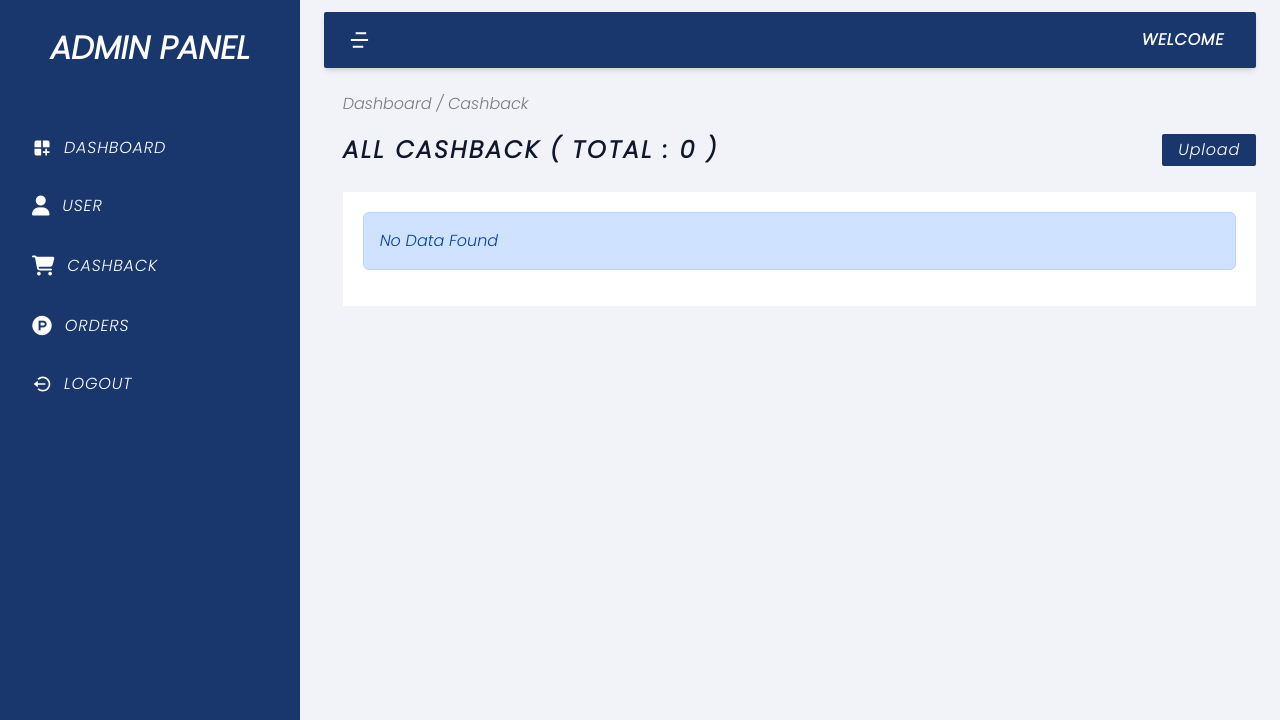
Repository: FlyweisReact/Ankit-Pandey-Admin-Panel
Page: /Customer
An editor plug-in stored every save of this project. The page is shown before and after the next save, followed by the edit.
The browser window is 1280 px wide. The pictures show the whole page.
The page's requests for data from a server got no answer. Some web libraries are served in a nearby version. The project was rebuilt for these pictures with package versions that can differ from the ones it lists, and the page was loaded fresh each time. No one was signed in, and anything a server would have sent is missing. Also part of the build but not shown: src/E-CommerceAdmin/pages/EAdmin.js. Imported but missing from the stored project, and not drawn on this page: src/E-CommerceAdmin/forms/Login, src/E-CommerceAdmin/pages/Dashboard, src/E-CommerceAdmin/pages/EAdminOrders.

Above is the page before, as saved 2023-06-16 15:08:23.

### public/index.html
<!-- @format -->

<!DOCTYPE html>
<html lang="en">
  <head>
    <meta charset="utf-8" />
    <meta name="viewport" content="width=device-width, initial-scale=1" />
    <meta name="theme-color" content="#000000" />
    <meta
      name="description"
      content="Web site created using create-react-app"
    />
    <link rel="icon" href="%PUBLIC_URL%/favicon.png" />
    <link rel="manifest" href="%PUBLIC_URL%/manifest.json" />
    <link rel="preconnect" href="https://fonts.googleapis.com">
<link rel="preconnect" href="https://fonts.gstatic.com" crossorigin>
<link href="https://fonts.googleapis.com/css2?family=Roboto+Mono:ital,wght@1,300&display=swap" rel="stylesheet">
    <title>Logo Fx</title>
  </head>
  <body>
    <noscript>You need to enable JavaScript to run this app.</noscript>
    <div id="root"></div>
    <script src="https://code.jquery.com/jquery-3.6.0.min.js"></script>
    <script src="https://kit.fontawesome.com/b533b351e4.js" crossorigin="anonymous"></script>
  </body>
</html>

### src/index.js
import React from "react";
import ReactDOM from "react-dom/client";
import "./index.css";
import App from "./App";
import { BrowserRouter } from "react-router-dom";
import 'bootstrap/dist/css/bootstrap.min.css'

const root = ReactDOM.createRoot(document.getElementById("root"));
root.render(
  <React.StrictMode>
    <BrowserRouter>
      <App />
    </BrowserRouter>
  </React.StrictMode>
);

### src/index.css
/** @format */

@tailwind base;
@tailwind components;
@tailwind utilities;

@import url("https://fonts.googleapis.com/css2?family=Roboto+Mono:ital,wght@1,300&display=swap");
@font-face {
  font-family: Roboto;
  src: url("./Fonts/Poppins-LightItalic.ttf");
}

body {
  margin: 0;
  font-family: Roboto !important;
  -webkit-font-smoothing: antialiased;
  -moz-osx-font-smoothing: grayscale;
}

code {
  font-family: Roboto !important;
}

html {
  font-family: Roboto !important;
}

::-webkit-scrollbar {
  width: 10px;
}
.fa-trash {
  color: red;
  cursor: pointer;
}

.iCOn {
  transition: 0.5s;
  box-shadow: none;
  transform: scale(1);
}
.cardDiv {
  cursor: pointer;
}

.cardDiv:hover .iCOn {
  box-shadow: rgba(0, 0, 0, 0.35) 0px 5px 15px;
  transform: scale(1.3);
}

/* Track */
::-webkit-scrollbar-track {
  background: #f1f1f1;
}

/* Handle */
::-webkit-scrollbar-thumb {
  background: #888;
}

/* Handle on hover */
::-webkit-scrollbar-thumb:hover {
  background: #555;
}
.profileImage {
  width: 100px;
}
.fa-eye {
  color: #029aff;
  cursor: pointer;
}
.fa-edit {
  cursor: pointer;
  color: blue;
}

.View {
  border: 1px solid black;
  width: 100%;
  padding: 10px;
}

.main-card--container {
  display: grid;
  grid-template-columns: repeat(3, minmax(300px, 500px));
  grid-gap: 50px;
  justify-content: space-around;
}
.card-container {
  margin: 25px 0 auto;
  box-shadow: rgba(0, 0, 0, 0.35) 0px 5px 15px;
  position: relative;
  display: grid;
  grid-template-columns: 1fr;
  justify-content: space-around;
  align-items: flex-start;
}

.myEdit:focus {
  box-shadow: rgba(0, 0, 0, 0.35) 0px 5px 15px;
}

.AstroLogin {
  color: #fff;
  background-color: #2b7a8e;
  padding: 10px;
  width: 380px;
  text-align: center;
  font-size: 20px;
  background: linear-gradient(to left, #2b7a8e 50%, #fff 50%) right;
  background-size: 200%;
  transition: 0.5s ease-out;
  border: 1px solid #2b7a8e;
  margin-top: 10px;
  text-transform: uppercase;
}
.AstroLogin:hover {
  background-position: left;
  color: #2b7a8e;
}

.EcommerceAdminLogin {
  color: #fff;
  background-color: #19376d;
  padding: 10px;
  width: 380px;
  text-align: center;
  font-size: 20px;
  background: linear-gradient(to left, #19376d 50%, #fff 50%) right;
  background-size: 200%;
  transition: 0.5s ease-out;
  border: 1px solid #19376d;
  margin-top: 10px;
  text-transform: uppercase;
}

.EcommerceAdminLogin:hover {
  background-position: left;
  color: #19376d;
}
.EcommerceVendorLogin {
  color: #fff;
  background-color: #576cbc;
  padding: 10px;
  width: 380px;
  text-align: center;
  font-size: 20px;
  background: linear-gradient(to left, #576cbc 50%, #fff 50%) right;
  background-size: 200%;
  transition: 0.5s ease-out;
  border: 1px solid #576cbc;
  margin-top: 10px;
  text-transform: uppercase;
}

.EcommerceVendorLogin:hover {
  background-position: left;
  color: #576cbc;
}

.view {
  background-color: #2196f3;
  color: #fff;
  width: 50%;
  padding: 5px;
}

.two-sec {
  display: flex;
  justify-content: space-evenly;
  justify-content: space-evenly;
}
.two-sec .left {
  width: 60%;
  background-color: #f6f1ef;
  padding: 20px;
}
.two-sec .left .head {
  font-size: 25px;
  font-weight: bold;
}

.two-sec .right {
  width: 30%;
  background-color: #f6f1ef;
}

.searchDiv {
  width: 100%;
  display: flex;
  gap: 10px;
  border: 1px solid rgb(179, 179, 179);
  padding: 10px;
  margin-bottom: 20px;
  align-items: center;
}
.searchDiv input {
  width: 94%;
  outline: none;
  border: none;
}

.flexCont {
  display: flex;
  align-items: center;
  gap: 10px;
}
.flexCont img {
  width: 60px;
  background-color: #e9ecef;
}

.blockContent {
  display: block;
}
.blockContent p {
  margin: 0;
}

.checkBox {
  width: 50px;
  height: 25px;
  background-color: #e9ecef;
  border-radius: 50px;
  position: relative;
  cursor: pointer;
}
.checkBox span {
  width: 20px;
  height: 20px;
  border-radius: 100%;
  background-color: #fff;
  position: absolute;
  left: 5px;
  top: 2px;
}
.ActivecheckBox {
  width: 50px;
  height: 25px;
  background-color: #0d6efd;
  border-radius: 50px;
  position: relative;
  cursor: pointer;
}
.ActivecheckBox span {
  width: 20px;
  height: 20px;
  border-radius: 100%;
  background-color: #fff;
  position: absolute;
  right: 5px;
  top: 2px;
}

.fa-eye {
  color: #0cba73;
  background-color: #d6f8e8;
  width: 40px;
  text-align: center;
  height: 40px;
  display: flex;
  border-radius: 100%;
  justify-content: center;
  padding-top: 10px;
  transition: 0.5s;
}

.fa-pen-to-square {
  color: #f4c39c;
  background-color: #ffebdb;
  width: 40px;
  text-align: center;
  height: 40px;
  display: flex;
  border-radius: 100%;
  justify-content: center;
  padding-top: 10px;
  cursor: pointer;
  transition: 0.5s;
}
.fa-trash {
  color: #df939f;
  background-color: #ffe1e8;
  width: 40px;
  text-align: center;
  height: 40px;
  display: flex;
  border-radius: 100%;
  justify-content: center;
  padding-top: 10px;
  cursor: pointer;
  transition: 0.5s;
}
.fa-trash:hover {
  transform: scale(1.2);
}
.fa-eye:hover {
  transform: scale(1.2);
}
.fa-pen-to-square:hover {
  transform: scale(1.2);
}
.required {
  color: #e74260;
}

.headP {
  margin-left: 2%;
  color: #7b7c7d;
}
.filterBox {
  display: flex;
  align-items: center;
  gap: 10px;
  border-bottom: 1px solid #d4d7dc;
  padding-bottom: 20px;
  margin-bottom: 20px;
}
.filterBox img {
  width: 30px;
}
.filterBox input {
  width: 100%;
  border: 1px solid #d4d7dc;
  outline: none;
  padding: 5px;
  color: black;
}
.sectionCont {
  width: 98%;
  background-color: #fff;
  margin-left: 2%;
  padding: 20px;
}

.overFlowCont {
  width: 100%;
  overflow-x: auto;
}

.logo {
  width: 300px;
  margin-bottom: 20px;
}

.updateProfile {
  margin-left: 20px;
  border: 1px solid #fff;
  border-radius: 100%;
  font-size: 1.2rem;
  padding: 10px;
  transition: 0.5s;
  cursor: pointer;
}
.updateProfile:hover {
  border: 1px solid #19376d;
  color: #19376d;
  background-color: #fff;
}

.Normalbtn {
  background-color: #19376d !important;
  border: 1px solid #19376d !important;
  border-radius: 0px !important;
}

.ImageCarousel {
  width: 150px !important;
  margin: 0px !important;
  height: 150px !important;
}
.CarouselImages {
  width: 150px !important;
  height: 150px !important;
}
.CarouselImages img {
  width: 100% !important;
  height: 100% !important;
}

.ModalCarousel {
  width: 100% !important;
  height: 500px !important;
}
.ModalCarousel {
  width: 100% !important;
  height: 500px !important;
}
.ModalCarousel img {
  width: 100% !important;
  height: 500px !important;
}

.gridCont {
  display: grid;
  grid-template-columns: auto auto auto;
  justify-content: space-evenly;
}
.gridCont div {
  width: 400px;
  height: 300px;
  box-shadow: rgba(0, 0, 0, 0.35) 0px 5px 15px;
  padding: 10px;
  position: relative;
  margin-top: 20px;
}
.gridCont div img {
  width: 100%;
}
.delete-Btn {
  width: 90%;
  margin-left: 2%;
  color: #c44b3f;
  border: 1px solid #c44b3f;
  position: absolute;
  bottom: 10px;
  transition: 0.5s;
  padding: 10px;
}

.delete-Btn:hover {
  background-color: #c44b3f;
  color: #fff;
}

.BannerCarousel {
  width: 300px;
  margin: 0px !important;
}
.BannerCarouselImage {
  width: 300px;
}
.BannerCarouselImage img {
  width: 100%;
}

.pagination {
  display: flex;
  justify-content: center;
  align-items: center;
  gap: 10px;
  margin-bottom: 20px;
}
.pagination button {
  border: 1px solid black;
  padding: 10px;
}

.activePage {
  background-color: #19376d;
  color: #fff;
  border: 1px solid #19376d !important;
}

.active {
  background-color: #fff;
  color: #19376d !important;
}
.prevBtn {
  background-color: #fff;
  color: #19376d;
  border: 1px solid #19376d !important;
  transition: 0.5s;
}

.prevBtn:hover,
.prevBtn:focus,
.prevBtn:active {
  background-color: #19376d;
  color: #fff;
  border: 1px solid #19376d !important;
}
.nextBtn {
  background-color: #fff;
  color: #19376d;
  border: 1px solid #19376d !important;
  transition: 0.5s;
}

.nextBtn:hover,
.nextBtn:focus,
.nextBtn:active {
  background-color: #19376d;
  color: #fff;
  border: 1px solid #19376d !important;
}

.dangerBox {
  position: relative;
}
.dangerBox i {
  position: absolute;
  top: 50%;
  left: 90%;
  transform: translate(-50%, -50%);
  cursor: pointer;
}

### src/App.js
/** @format */

import { Routes, Route } from "react-router-dom";
import { ToastContainer } from "react-toastify";
import "react-toastify/dist/ReactToastify.css";
import Login from "./E-CommerceAdmin/forms/Login";
import Dashboard from "./E-CommerceAdmin/pages/Dashboard";
import EAdminOrders from "./E-CommerceAdmin/pages/EAdminOrders";
import EAdminCustomer from "./E-CommerceAdmin/pages/EAdminCustomer";
import EAdmin from "./E-CommerceAdmin/pages/EAdmin";
function App() {
  return (
    <>
      <ToastContainer />

      <Routes>
        <Route path="/" element={<Login />} />
        <Route path="/Customer" element={<EAdminCustomer />} />
        <Route path="/dashboard" element={<Dashboard />} />
        <Route path="/Admin" element={<EAdmin />} />
        <Route path="/Orders" element={<EAdminOrders />} />


      </Routes>
    </>
  );
}

export default App;

### src/E-CommerceAdmin/pages/EAdminCustomer.js
/** @format */

import axios from "axios";
import React, { useEffect, useState } from "react";
import { Alert, Table } from "react-bootstrap";
import { toast } from "react-toastify";
import HOC from "../layout/HOC";

const EAdminCustomer = () => {
  const [data, setData] = useState([]);

  // Pagination and Filter
  const [query, setQuery] = useState("");
  const [currentPage2, setCurrentPage2] = useState(1);
  const [postPerPage2] = useState(10);
  const lastPostIndex2 = currentPage2 * postPerPage2;
  const firstPostIndex2 = lastPostIndex2 - postPerPage2;

  let pages2 = [];

  const TotolData = query
    ? data?.filter((i) =>
        i?.userId?.toLowerCase().includes(query?.toLowerCase())
      )
    : data;

  useEffect(() => {
    if (query) {
      setCurrentPage2(1);
    }
  }, [query]);

  const slicedData = TotolData?.slice(firstPostIndex2, lastPostIndex2);

  for (let i = 1; i <= Math.ceil(TotolData?.length / postPerPage2); i++) {
    pages2.push(i);
  }

  function Next() {
    setCurrentPage2(currentPage2 + 1);
  }

  function Prev() {
    if (currentPage2 !== 1) {
      setCurrentPage2(currentPage2 - 1);
    }
  }

  const fetchData = async () => {
    try {
      const { data } = await axios.get(
        "http://localhost:3040/api/v1/profile/getallCashBack"
      );
      setData(data.result);
    } catch (e) {
      console.log(e);
    }
  };

  useEffect(() => {
    fetchData();
  }, []);

  const deleteHandler = async (id) => {
    try {
      const { data } = await axios.delete(
        `http://ec2-65-1-248-95.ap-south-1.compute.amazonaws.com:8886/api/user/${id}`
      );
      toast.success(data.message);
      fetchData();
    } catch (e) {
      console.log(e);
    }
  };

  return (
    <>
      <p className="headP">Dashboard / Cashback</p>
      <div
        className="pb-4 sticky top-0  w-full flex justify-between items-center"
        style={{ width: "98%", marginLeft: "2%" }}
      >
        <span
          className="tracking-widest text-slate-900 font-semibold uppercase "
          style={{ fontSize: "1.5rem" }}
        >
          All Cashback ( Total : {data?.length} )
        </span>

        <button className="md:py-2 px-3 md:px-4 py-1 rounded-sm bg-[#19376d] text-white tracking-wider">
          Upload
        </button>
      </div>

      <section className="sectionCont">
        {data?.length === 0 || !data ? (
          <Alert>No Data Found</Alert>
        ) : (
          <>
            <div className="filterBox">
              <img
                src="https://t4.ftcdn.net/jpg/01/41/97/61/360_F_141976137_kQrdYIvfn3e0RT1EWbZOmQciOKLMgCwG.jpg"
                alt=""
              />
              <input
                type="search"
                placeholder="Start typing to search for Customers"
                onChange={(e) => setQuery(e.target.value)}
              />
            </div>

            <div className="overFlowCont">
              <Table>
                <thead>
                  <tr>
                    <th>SNo.</th>
                    <th>User Id</th>
                    <th>Cashback</th>
                    <th>Options</th>
                  </tr>
                </thead>
                <tbody>
                  {slicedData?.map((i, index) => (
                    <tr key={index}>
                      <td>#{index + 1} </td>
                      <td> {i.userId} </td>
                      <td>
                        {" "}
                        <i className="fa-solid fa-indian-rupee-sign"></i>{" "}
                        {i.cash}{" "}
                      </td>

                      <td>
                        <i
                          className="fa-solid fa-trash"
                          onClick={() => deleteHandler(i._id)}
                        />
                      </td>
                    </tr>
                  ))}
                </tbody>
              </Table>{" "}
              <div className="pagination">
                <button onClick={() => Prev()} className="prevBtn">
                  <i className="fa-solid fa-backward"></i>
                </button>
                {currentPage2 === 1 ? (
                  ""
                ) : (
                  <button onClick={() => setCurrentPage2(1)}>1</button>
                )}

                {pages2
                  ?.slice(currentPage2 - 1, currentPage2 + 3)
                  .map((i, index) =>
                    i === pages2?.length ? (
                      ""
                    ) : (
                      <button
                        key={index}
                        onClick={() => setCurrentPage2(i)}
                        className={currentPage2 === i ? "activePage" : ""}
                      >
                        {" "}
                        {i}{" "}
                      </button>
                    )
                  )}

                <button
                  onClick={() => setCurrentPage2(pages2?.length)}
                  className={
                    currentPage2 === pages2?.length ? "activePage" : ""
                  }
                >
                  {" "}
                  {pages2?.length}{" "}
                </button>

                {currentPage2 === pages2?.length ? (
                  ""
                ) : (
                  <button onClick={() => Next()} className="nextBtn">
                    {" "}
                    <i className="fa-sharp fa-solid fa-forward"></i>
                  </button>
                )}
              </div>
            </div>
          </>
        )}
      </section>
    </>
  );
};

export default HOC(EAdminCustomer);

### src/Screen/layout/HOC.jsx
/** @format */

import React, { useState } from "react";
import Navbar from "./Navbar";
import Sidebar from "./Sidebar";

const HOC = (Wcomponenet) => {
  return function Component() {
    const [hamb, setHamb] = useState(false);
    return (
      <>
        <section
          className="flex overflow-x-hidden relative "
          style={{ backgroundColor: "#f2f3f8" }}
        >
          {/* Sidebar */}
          <div
            className={
              hamb
                ? " absolute top-0 z-30 md:w-auto shadow-md bg-slate-200  w-60 transition-all md:-left-full left duration-150  h-auto overflow-y-auto  left-0 "
                : " md:w-72 z-30 bg-slate-200  shadow-md  md:static absolute top-0 -left-full   transition-all duration-150  overflow-y-auto h-auto"
            }
            style={{ minWidth: "300px" }}
          >
            <Sidebar hamb={hamb} setHamb={setHamb} />
          </div>
          {/* Components & Navbar */}
          <div
            className={
              hamb
                ? " transition-all px-4 py-2  duration-150 w-full h-screen"
                : " w-full h-screen  px-4 py-2   z-50 transition-all duration-150 "
            }
            style={{ backgroundColor: "#f2f3f8" }}
          >
            <Navbar hamb={hamb} setHamb={setHamb} />
            <div className="my-6 text-#000 h-[87%] wcomp overflow-y-auto">
              {" "}
              <Wcomponenet />
            </div>
          </div>
        </section>
      </>
    );
  };
};

export default HOC;

### src/Screen/layout/Navbar.jsx
/** @format */

import { RiMenu4Line } from "react-icons/ri";

const Navbar = ({ hamb, setHamb }) => {
  const AdminName = localStorage.getItem("AdminName")
  return (
    <>
      <div
        className={
          hamb
            ? "flex  w-full justify-between  my-1 rounded-sm  p-4 py-3 shadow-md items-center  bg-slate-200 space-x-4"
            : "flex  w-full justify-between my-1 rounded-sm  p-4 py-3 shadow-md items-center  bg-slate-200 space-x-4"
        }
        style={{ backgroundColor: "#19376d" }}
      >
        <RiMenu4Line
          onClick={() => setHamb(!hamb)}
          className="text-2xl font-bold text-gray-900 hover:scale-90 cursor-pointer"
          style={{ color: "#fff" }}
        />

        <section className="flex sm:ml-auto justify-end sm:w-full items-center space-x-2  pr-2">
          <figcaption className="tracking-wider pl-1 font-semibold">
            <div
              className="lg:text-base text-sm text-gray-900  uppercase"
              style={{ color: "#fff" }}
            >
              Welcome {AdminName}
            </div>
          </figcaption>
        </section>
      </div>
    </>
  );
};

export default Navbar;

### src/Screen/layout/Sidebar.jsx
/** @format */

import React from "react";
import { RiCloseLine } from "react-icons/ri";
import { Link, useNavigate } from "react-router-dom";
import { BiLogOutCircle } from "react-icons/bi";
import { MdDashboardCustomize } from "react-icons/md";

const Sidebar = ({ hamb, setHamb }) => {
  const navigate = useNavigate();

  const nav = [
    {
      icon: <MdDashboardCustomize className="text-xl mr-3 rounded-full " />,
      link: "/dashboard ",
      name: "Dashboard",
    },
    {
      icon: <i className="fa-solid fa-user text-xl mr-3 rounded-full"></i>,
      link: "/Admin",
      name: "User",
    },
    {
      icon: (
        <i className="fa-solid fa-cart-shopping text-xl mr-3 rounded-full"></i>
      ),
      link: "/Customer",
      name: "Cashback",
    },
    {
      icon: (
        <i className="fa-brands fa-product-hunt text-xl mr-3 rounded-full"></i>
      ),
      link: "/Orders",
      name: "Orders",
    }
  ];

  const logOut = () => {
    localStorage.clear()
    navigate("/");
  };

  return (
    <>
      <aside
        className="p-4 h-auto"
        style={{ backgroundColor: "#19376d", minHeight: "100vh" }}
      >
        {/* Top */}
        <div className="w-full md:hidden relative  p-2 mb-4">
          <RiCloseLine
            onClick={() => setHamb(!hamb)}
            className="text-3xl  absolute top-2 sm:hover:rotate-[228deg] transition-transform font-bold right-2 sm:hover:text-[22px] text-[rgb(241,146,46)] cursor-pointer"
          />
        </div>{" "}
        <figure className="flex  flex-col items-center">
          <span
            className="font-bold text-[#fff]"
            style={{
              fontSize: "2rem",
              textAlign: "center",
              textTransform: "uppercase",
            }}
          >
            {" "}
            ADMIN PANEL
          </span>
        </figure>
        <nav className="py-6">
          {nav.map((nav) => {
            return (
              <Link
                to={nav.link}
                key={nav.name}
                className=""
                style={{ textDecoration: "none", textTransform: "uppercase" }}
              >
                <span
                  className="flex my-3 items-center cursor-pointer text-gray-900    tracking-wider p-2 rounded-sm"
                  style={{ color: "#FFF" }}
                >
                  {nav.icon} {nav.name}
                </span>
              </Link>
            );
          })}
          <span
            className="flex my-3 items-center cursor-pointer text-gray-900    tracking-wider p-2 rounded-sm"
            onClick={() => logOut()}
            style={{ color: "#FFF", textTransform: "uppercase" }}
          >
            <BiLogOutCircle className="text-xl mr-3 rounded-full " /> LogOut
          </span>
        </nav>
      </aside>
    </>
  );
};

export default Sidebar;

Loaded but not shown: tailwind.config.js (common file)

After the next save:
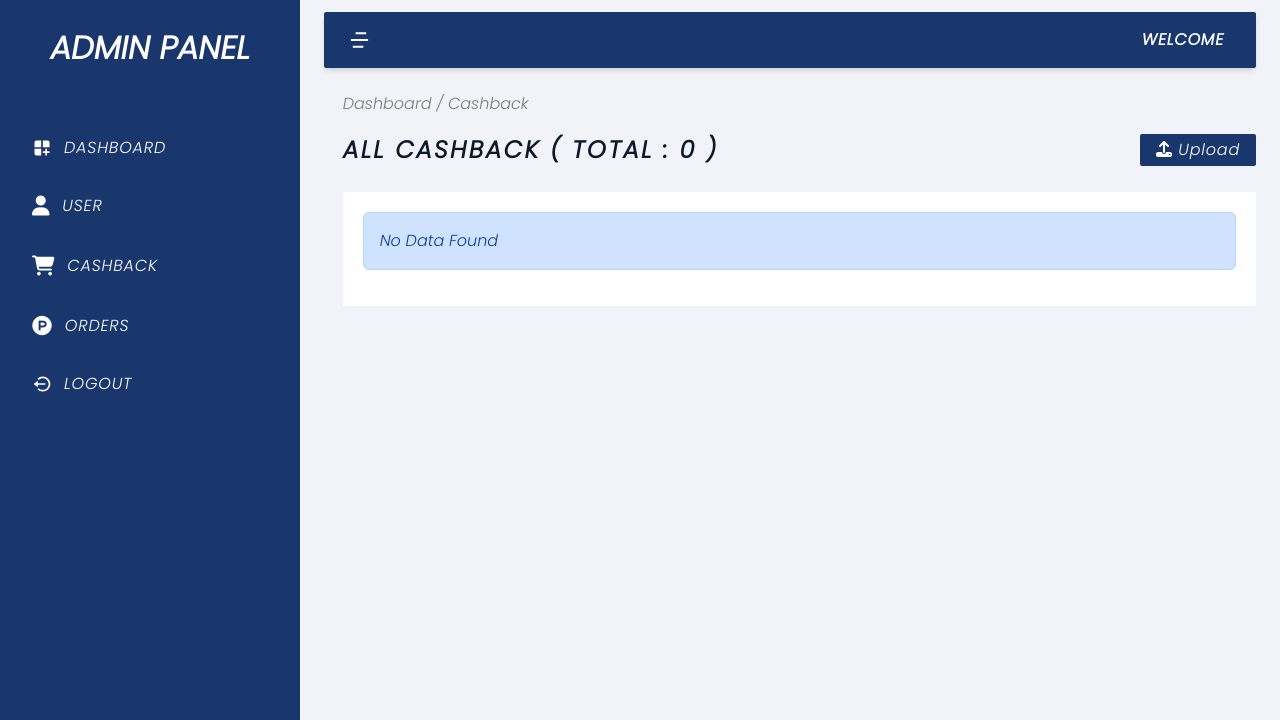
Saved 11 s later.
--- a/src/E-CommerceAdmin/pages/EAdminCustomer.js
+++ b/src/E-CommerceAdmin/pages/EAdminCustomer.js
@@ -88,7 +88,7 @@ const EAdminCustomer = () => {
         </span>
 
         <button className="md:py-2 px-3 md:px-4 py-1 rounded-sm bg-[#19376d] text-white tracking-wider">
-          Upload
+        <i class="fa-solid fa-upload"></i> Upload
         </button>
       </div>
 
